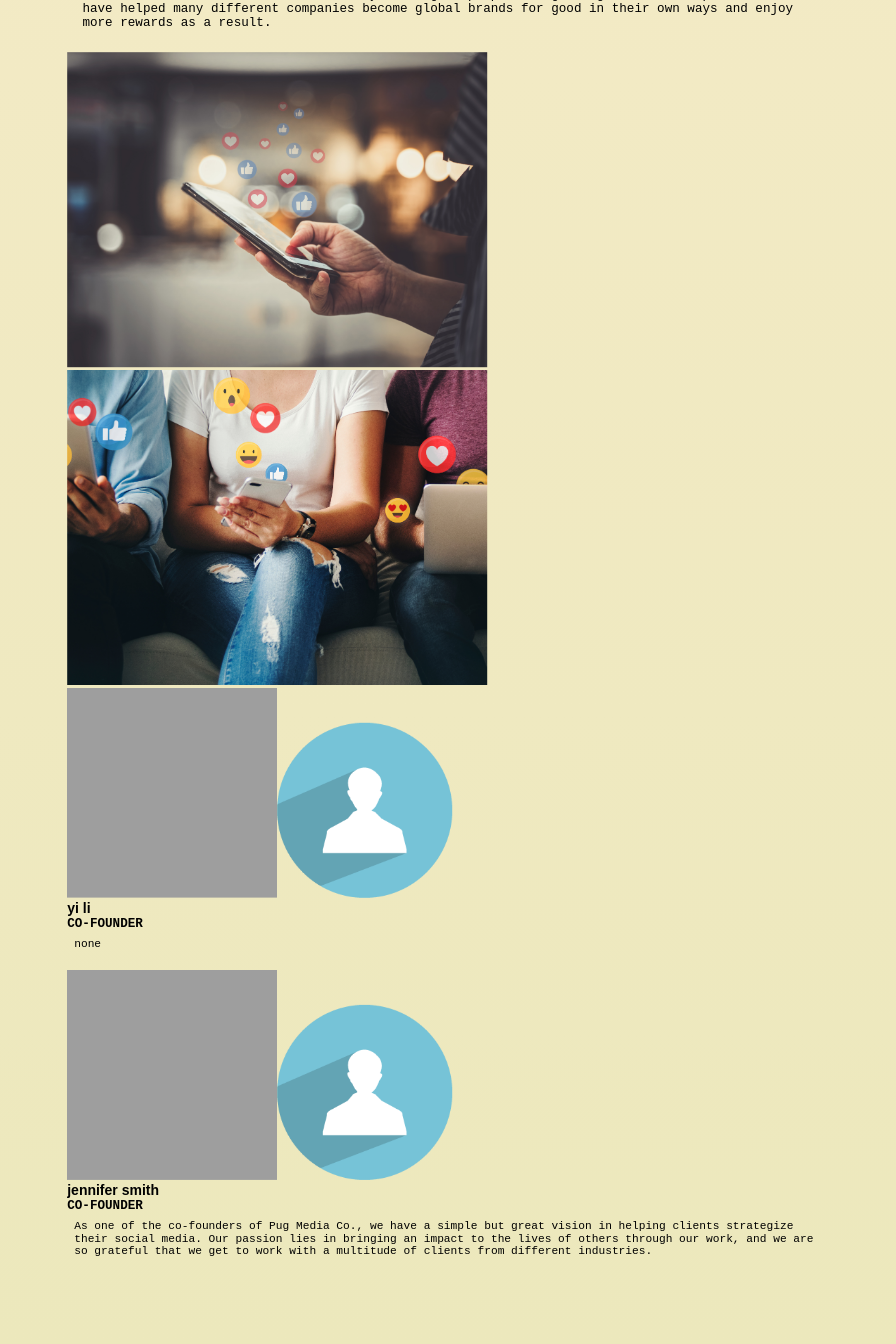
Repository: cheungglenda/MDIA2109-Week3
Page: /
These files come from the project's save history. The page is drawn as it stood at one moment and after the next save; the edit follows.
The browser window is 1280 px wide. The pictures show the part of the page from y = 802 to 2722 px (the page is 2722 px tall), at 70% of full size.
Pictures or frames that could not be fetched are drawn as grey boxes. The project was rebuilt for these pictures with package versions that can differ from the ones it lists, and the page was loaded fresh each time. The framework's server and built-in components were replaced by stand-ins that run in the browser. Also part of the build but not shown: next.config.js.

Above is the page before, as saved 2023-01-20 23:37:10.

### pages/index.js
import Head from 'next/head'
import Image from 'next/image'
import { Inter } from '@next/font/google'
import styles from '@/styles/Home.module.css'
import homeData from '../data/education.json'
import { useState } from 'react'
import Card from '../components/Card'
import Link from 'next/link'

const inter = Inter({ subsets: ['latin'] })

export default function Home() {

  /** ([...data]) enters the data in the useState and is calling that info. the useState has all the data from the education.json file */
  const [information, setInformation] = useState([...homeData])
  console.log(homeData);

  return (
    <>
      <Head>
        <title>Pug Media Co.</title>
        <meta name="description" content="Full-service digital marketing agency" />
        <meta name="viewport" content="width=device-width, initial-scale=1" />
        <link rel="icon" href="/favicon.ico" />
      </Head>
      <main className={styles.main}>
        <div className={styles.buttons}>
      <Link href="/" className={styles.links}>Home</Link>
      <Link href="../about" className={styles.links}>About</Link>
      <Link href="/" className={styles.links}>Contact</Link>
        </div>

        <div className={styles.meetTitle}>Pug Media Co.</div>
        <div className={styles.center}>
          <Image
            className={styles.logo}
            src="/office.jpeg"
            width={600}
            height={450}
          />
          <div className={styles.homeDesc}>
            Pug Media Co. is an independent creative full-service media agency developing content on a global scale. <br></br><br></br>The experts here at Pug Media Co. specialize in SEO, web design, and branding. We have helped many clients from various industries, and hope to help you achieve your goals as well!
          </div>
        </div>
        <div className={styles.bottom}>
        <div className={styles.homeDesc}>
        Since 2007, our work has been driven by the higher purpose of growing brands to impact lives. We have helped many different companies become global brands for good in their own ways and enjoy more rewards as a result.<br></br>
          </div>
        <Image
            className={styles.social}
            src="/media.jpeg"
            width={600}
            height={450}
          />
                <Image
            className={styles.social}
            src="/media2.jpeg"
            width={600}
            height={450}
          />
        </div>
        <div className={styles.profiles}>
            {information && information.map((info, index) => {
              if(info.department === "Business") {
                return (
                  <Card key={index}
                    image={info.image}
                    firstname={info.firstName}
                    lastname={info.lastName}
                    jobtitle={info.jobTitle}
                  />
                )
              }
            })}

              {information && information.map((info, index) => {
              if(info.department === "HR") {
                return (
                  <Card key={index}
                    image={info.image}
                    firstname={info.firstName}
                    lastname={info.lastName}
                    jobtitle={info.jobTitle}
                    description={info.description}
                  />
                )
              }
            })}
          </div>
      </main>
    </>
  )
}

/** .toLowerCase() is input when you don't want to worry about case sensitivity */

### styles/Home.module.css
.main {
  display: flex;
  flex-direction: column;
  justify-content: space-between;
  align-items: center;
  padding: 6rem;
  font-family:arial;
  min-height: 100vh;
  background-image: linear-gradient(rgb(245, 235, 200), rgb(236, 232, 188));

}

.buttons {
  display: flex;
  flex-direction:row;
  justify-content: space-evenly;
  margin-bottom:3%;
}

.links:hover {
  text-decoration:underline;
}

.links {
  font-size: 18px;
  max-width: var(--max-width);
  width: 100%;
  font-weight:900;
  font-family: 'Courier New', Courier, monospace;
  text-transform:lowercase;
  padding-left:10%;
}

.description {
  display: inherit;
  justify-content: inherit;
  align-items: inherit;
  font-size: 15px;
  max-width: var(--max-width);
  width: 100%;
  font-family: var(--font-mono);
}

.social {
  justify-content:inherit;
  object-fit:cover;
  margin-right:2%;
}

.homeDesc {
  font-size: 18px;
  font-family:'Courier New', Courier, monospace;
  margin-left:2%;
  margin-bottom:3%;
}

.description a {
  display: flex;
  justify-content: center;
  align-items: center;
  gap: 0.5rem;
}

.description p {
  position: relative;
  margin: 0;
  padding: 1rem;
  background-color: rgba(var(--callout-rgb), 0.5);
  border: 1px solid rgba(var(--callout-border-rgb), 0.3);
  border-radius: var(--border-radius);
}

.code {
  font-weight: 700;
  font-family: var(--font-mono);
}

.meetTitle {
  font-size: 50px;
  font-weight:700;
  text-transform:lowercase;
  font-family:'Courier New', Courier, monospace;
  text-align:center;
}

.grid {
  display: flex;
  justify-content:center;
  width: var(--max-width);
  max-width: 100%;
  align-items:center;
  flex: 1;
}

.card {
  padding: 1rem 1.2rem;
  border-radius: var(--border-radius);
  background: rgba(var(--card-rgb), 0);
  border: 1px solid rgba(var(--card-border-rgb), 0);
  transition: background 200ms, border 200ms;
}

.card span {
  display: inline-block;
  transition: transform 200ms;
}

.info {
  font-family:'Courier New', Courier, monospace;
}

.card h2 {
  font-weight: 600;
  margin-bottom: 0.7rem;
}

.card p {
  margin: 0;
  opacity: 0.6;
  font-size: 0.9rem;
  line-height: 1.5;
  max-width: 30ch;
}


.employees {
  display:flex;
  gap:20px;
  width: 80%;
  text-align:center;
  font-family:'Courier New', Courier, monospace;
}

.titleDesc {
  font-size:16px;
  margin-bottom:3%;
}

.center {
  display: flex;
  justify-content: center;
  align-items: center;
  position: relative;
  padding: 4rem 0;
}

.center::before {
  background: var(--secondary-glow);
  border-radius: 50%;
  width: 480px;
  height: 360px;
  margin-left: -400px;
}

.center::after {
  background: var(--primary-glow);
  width: 240px;
  height: 180px;
  z-index: -1;
}

.center::before,
.center::after {
  content: '';
  left: 50%;
  position: absolute;
  filter: blur(45px);
  transform: translateZ(0);
}

.logo,
.thirteen {
  position: relative;
  object-fit:cover;
}

.thirteen {
  display: flex;
  justify-content: center;
  align-items: center;
  width: 75px;
  height: 75px;
  padding: 25px 10px;
  margin-left: 16px;
  transform: translateZ(0);
  border-radius: var(--border-radius);
  overflow: hidden;
  box-shadow: 0px 2px 8px -1px #0000001a;
}

.thirteen::before,
.thirteen::after {
  content: '';
  position: absolute;
  z-index: -1;
}

/* Conic Gradient Animation */
.thirteen::before {
  animation: 6s rotate linear infinite;
  width: 200%;
  height: 200%;
  background: var(--tile-border);
}

/* Inner Square */
.thirteen::after {
  inset: 0;
  padding: 1px;
  border-radius: var(--border-radius);
  background: linear-gradient(
    to bottom right,
    rgba(var(--tile-start-rgb), 1),
    rgba(var(--tile-end-rgb), 1)
  );
  background-clip: content-box;
}

/* Enable hover only on non-touch devices */
@media (hover: hover) and (pointer: fine) {
  .card:hover {
    background: rgba(var(--card-rgb), 0.1);
    border: 1px solid rgba(var(--card-border-rgb), 0.15);
  }

  .card:hover span {
    transform: translateX(4px);
  }
}

@media (prefers-reduced-motion) {
  .thirteen::before {
    animation: none;
  }

  .card:hover span {
    transform: none;
  }
}

/* Mobile */
@media (max-width: 700px) {
  .content {
    padding: 4rem;
  }

  .grid {
    grid-template-columns: 1fr;
    margin-bottom: 120px;
    max-width: 320px;
    text-align: center;
  }

  .card {
    padding: 1rem 2.5rem;
  }

  .card h2 {
    margin-bottom: 0.5rem;
  }

  .center {
    padding: 8rem 0 6rem;
  }

  .center::before {
    transform: none;
    height: 300px;
  }

  .description {
    font-size: 0.8rem;
  }

  .description a {
    padding: 1rem;
  }

  .description p,
  .description div {
    display: flex;
    justify-content: center;
    position: fixed;
    width: 100%;
  }

  .description p {
    align-items: center;
    inset: 0 0 auto;
    padding: 2rem 1rem 1.4rem;
    border-radius: 0;
    border: none;
    border-bottom: 1px solid rgba(var(--callout-border-rgb), 0.25);
    background: linear-gradient(
      to bottom,
      rgba(var(--background-start-rgb), 1),
      rgba(var(--callout-rgb), 0.5)
    );
    background-clip: padding-box;
    backdrop-filter: blur(24px);
  }

  .description div {
    align-items: flex-end;
    pointer-events: none;
    inset: auto 0 0;
    padding: 2rem;
    height: 200px;
    background: linear-gradient(
      to bottom,
      transparent 0%,
      rgb(var(--background-end-rgb)) 40%
    );
    z-index: 1;
  }
}

/* Tablet and Smaller Desktop */
@media (min-width: 701px) and (max-width: 1120px) {
  .grid {
    grid-template-columns: repeat(2, 50%);
  }
}

@media (prefers-color-scheme: dark) {

  .main {
    background-image: linear-gradient(rgb(51, 65, 14), rgb(169, 169, 110));
  }

  .vercelLogo {
    filter: invert(1);
  }

  .meetTitle {
    color:white;
  }

  .titleDesc {
    color:white;
  }

  .links {
    color: white;
  }

  .employees {
    color: black;
  }
}

@keyframes rotate {
  from {
    transform: rotate(360deg);
  }
  to {
    transform: rotate(0deg);
  }
}

### data/education.json
[
        {
            "firstName": "Yi",
            "lastName": "Li",
            "department": "Business",
            "jobTitle": "Co-Founder",
            "description": "Pug Media Co. does results. We do them best when we do them together, when it is achieved as a team. In all that we do we aspire to wow our clients and their customers with the brilliant work that delivers amazing, measurable results. We strive to make a positive impact, which is at the heart of everything that we do."
        },
        {
            "firstName": "Jennifer",
            "lastName": "Smith",
            "department": "HR",
            "jobTitle": "Co-Founder",
            "description": "As one of the co-founders of Pug Media Co., we have a simple but great vision in helping clients strategize their social media. Our passion lies in bringing an impact to the lives of others through our work, and we are so grateful that we get to work with a multitude of clients from different industries."
        }
]

### components/Card/index.js
export default function Card({
    firstname = "none",
    lastname = "none",
    department = "none",
    jobtitle = "none",
    yearsworked = 0,
    description = "none",
    contact = "none",
    color = "pink",
    font = "O",
    image = "icon/person.png"
}) {
    return (
        <div>
        {
            firstname === "Yi" ? <img style={{objectFit: "cover"}} src={'yi.jpeg'} width="300" height="300"/> :
            firstname === "Jennifer" ? <img style={{objectFit: "cover"}} src={'jennifer.jpeg'} width="300" height="300"/> :             <img src={image} width="300"/>
        }
            <img src={image} width="250"></img>
            <h1 style={{textTransform: "lowercase", fontSize: 20}}>{firstname} {lastname}</h1>
            <h2 style={{fontFamily:"'Courier New', Courier, monospace", textTransform: "uppercase", fontSize: 18}}>{jobtitle}</h2>
            <p style={{fontFamily: "'Courier New', Courier, monospace", margin:"10px"}}>{description}</p><br></br>
        </div>
    )
}

Loaded but not shown: pages/_app.js (common file); pages/_document.js (common file); pages/api/hello.js (common file); styles/globals.css (common file)

After the next save:
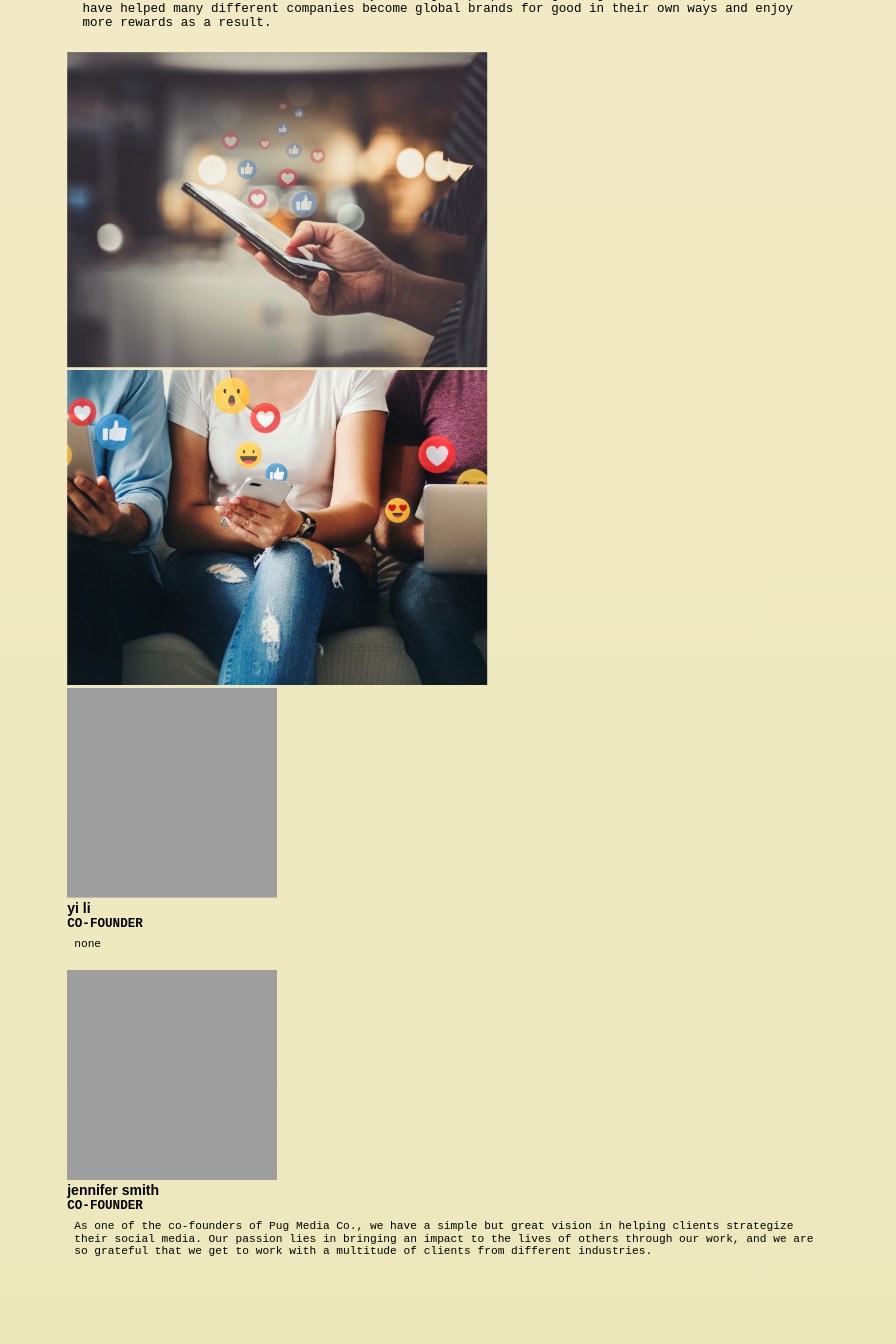
Saved 18 s later.
--- a/components/Card/index.js
+++ b/components/Card/index.js
@@ -16,7 +16,6 @@ export default function Card({
             firstname === "Yi" ? <img style={{objectFit: "cover"}} src={'yi.jpeg'} width="300" height="300"/> :
             firstname === "Jennifer" ? <img style={{objectFit: "cover"}} src={'jennifer.jpeg'} width="300" height="300"/> :             <img src={image} width="300"/>
         }
-            <img src={image} width="250"></img>
             <h1 style={{textTransform: "lowercase", fontSize: 20}}>{firstname} {lastname}</h1>
             <h2 style={{fontFamily:"'Courier New', Courier, monospace", textTransform: "uppercase", fontSize: 18}}>{jobtitle}</h2>
             <p style={{fontFamily: "'Courier New', Courier, monospace", margin:"10px"}}>{description}</p><br></br>
